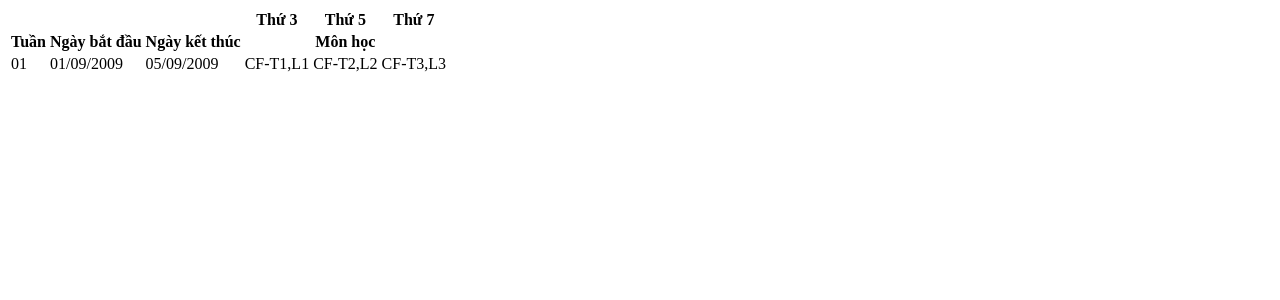
Repository: Lehuyhuynh/BT1-HTML
Page: index.html
These files come from the project's save history. The page is drawn as it stood at one moment and after the next save; the edit follows.
The browser window is 1280 px wide. The pictures show the whole page.

Above is the page before, as saved 2023-08-06 21:06:55.

### index.html
<!DOCTYPE html>
<html lang="en">
<head>
  <meta charset="UTF-8">
  <meta name="viewport" content="width=device-width, initial-scale=1.0">
  <title>THỜI KHÓA BIỂU</title>
</head>
<body>

  <div>
    <table>
      <tr>
        <th colspan="3"></th>
        <th>Thứ 3</th>
        <th>Thứ 5</th>
        <th>Thứ 7</th>
      </tr>

      <tr>
        <th>Tuần</th>
        <th>Ngày bắt đầu</th>
        <th>Ngày kết thúc</th>
        <th colspan="3">Môn học</th>
      </tr>

      <tr>
        <td>01</td>
        <td>01/09/2009</td>
        <td>05/09/2009</td>
        <td>CF-T1,L1</td>
        <td>CF-T2,L2</td>
        <td>CF-T3,L3</td>
      </tr>

    </table>
  </div>

</body>
</html>

After the next save:
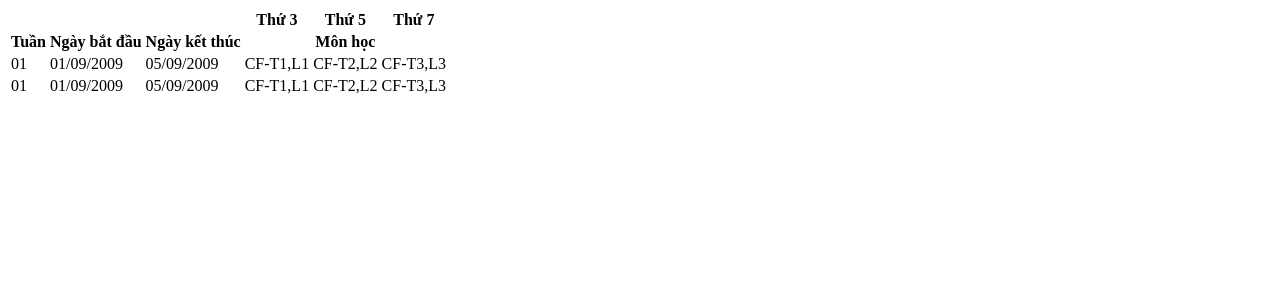
Saved 12 s later.
--- a/index.html
+++ b/index.html
@@ -32,6 +32,15 @@
         <td>CF-T3,L3</td>
       </tr>
 
+      <tr>
+        <td>01</td>
+        <td>01/09/2009</td>
+        <td>05/09/2009</td>
+        <td>CF-T1,L1</td>
+        <td>CF-T2,L2</td>
+        <td>CF-T3,L3</td>
+      </tr>
+
     </table>
   </div>
 
